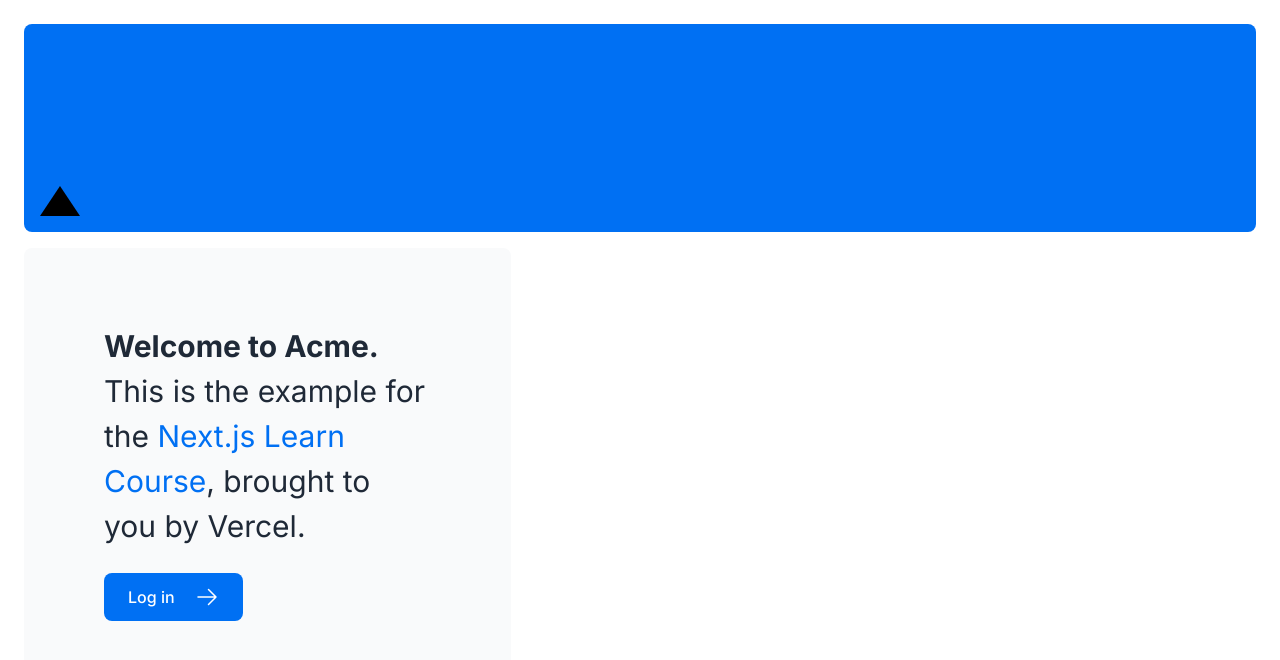
Repository: carlz812/nextjs-demo-dashboard
Page: /
These files come from the project's save history. The page is drawn as it stood at one moment and after a run of saves; the edit follows.
The browser window is 1280 px wide. The pictures show the whole page.
Some web fonts or font styles are not loaded; a fallback is used. The project was rebuilt for these pictures with package versions that can differ from the ones it lists, and the page was loaded fresh each time. The framework's server and built-in components were replaced by stand-ins that run in the browser. Also part of the build but not shown: next.config.js.

Above is the page before, as saved 2023-11-27 15:20:25.

After the next 2 saves:
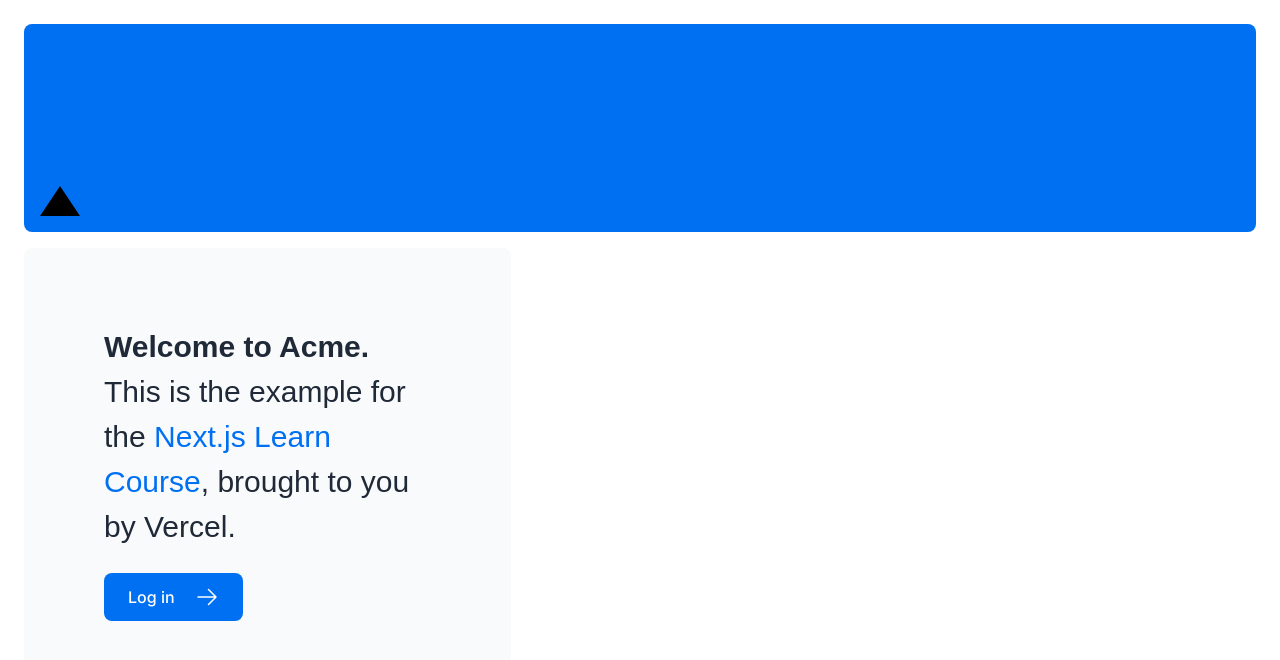
The 2 saves are shown as one change because they came seconds apart.
The last was saved 23 s later.
--- a/app/page.tsx
+++ b/app/page.tsx
@@ -13,7 +13,7 @@
       </div>
       <div className="mt-4 flex grow flex-col gap-4 md:flex-row">
         <div className="flex flex-col justify-center gap-6 rounded-lg bg-gray-50 px-6 py-10 md:w-2/5 md:px-20">
-          <p className={`text-xl text-gray-800 md:text-3xl md:leading-normal`}>
+          <p className={`${lusitana.className} text-xl text-gray-800 md:text-3xl md:leading-normal`}>
             <strong>Welcome to Acme.</strong> This is the example for the{' '}
             <a href="https://nextjs.org/learn/" className="text-blue-500">
               Next.js Learn Course
